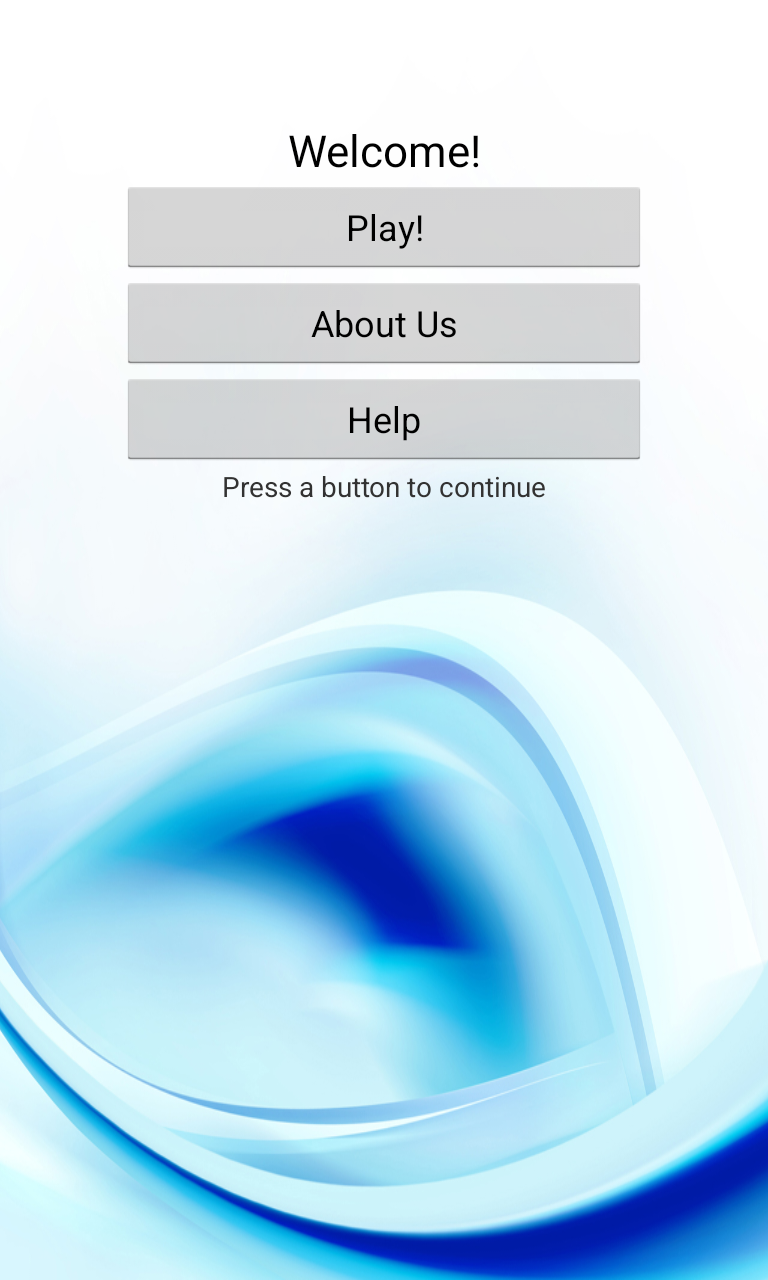
Repository: AGNT/Mobile_application_SU13
Layout: android/Locate/res/layout/activity_menu.xml
These files come from the project's save history. The layout is drawn as it stood at one moment and after the next save; the edit follows.
It is drawn on a 768 x 1280 px phone screen (xhdpi) without system bars, with theme AppTheme; the app's code is not run.

Above is the layout before, as saved 2013-08-10 08:35:54.

After the next save:
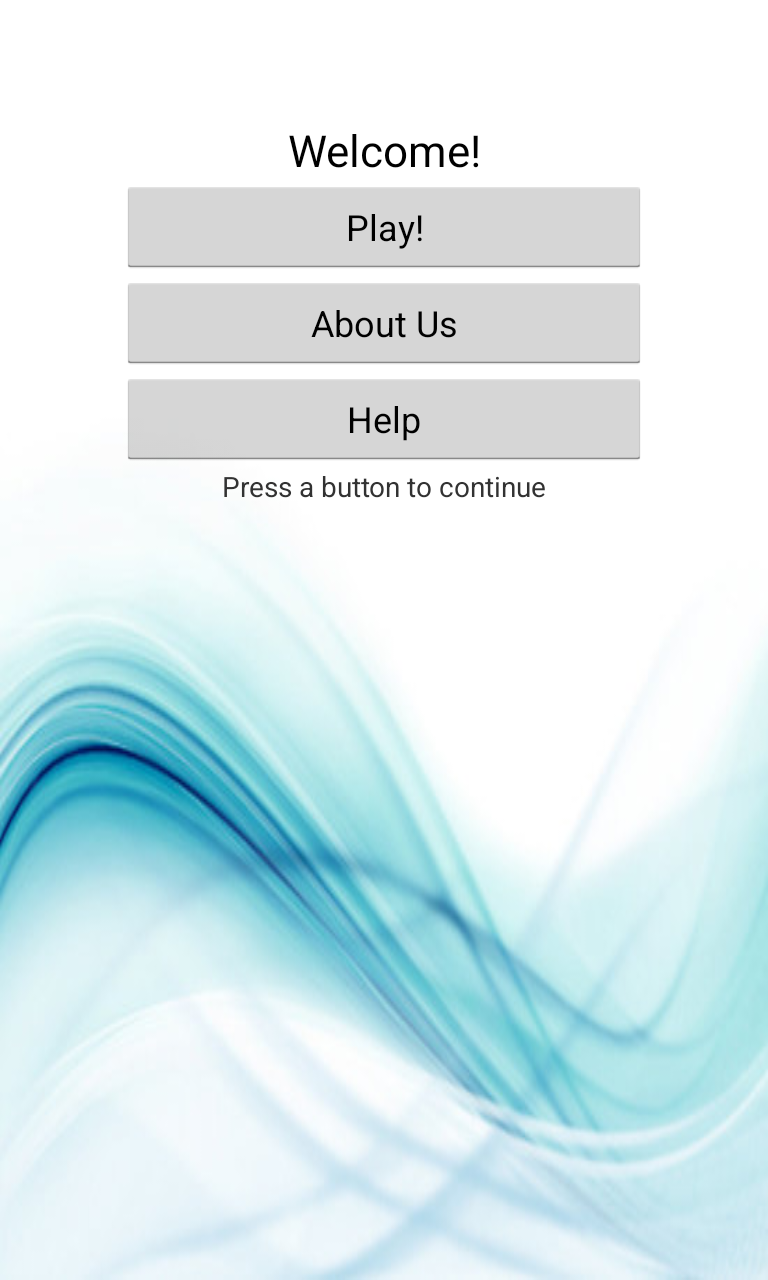
Saved 11 s later.
--- a/android/Locate/res/layout/activity_menu.xml
+++ b/android/Locate/res/layout/activity_menu.xml
@@ -9,7 +9,7 @@
     android:paddingRight="@dimen/activity_horizontal_margin"
     android:paddingTop="@dimen/activity_vertical_margin"
     tools:context=".Menu"
-    android:background="@drawable/pattern4" >
+    android:background="@drawable/pattern2" >
 
     <TextView
         android:id="@+id/textView1"
